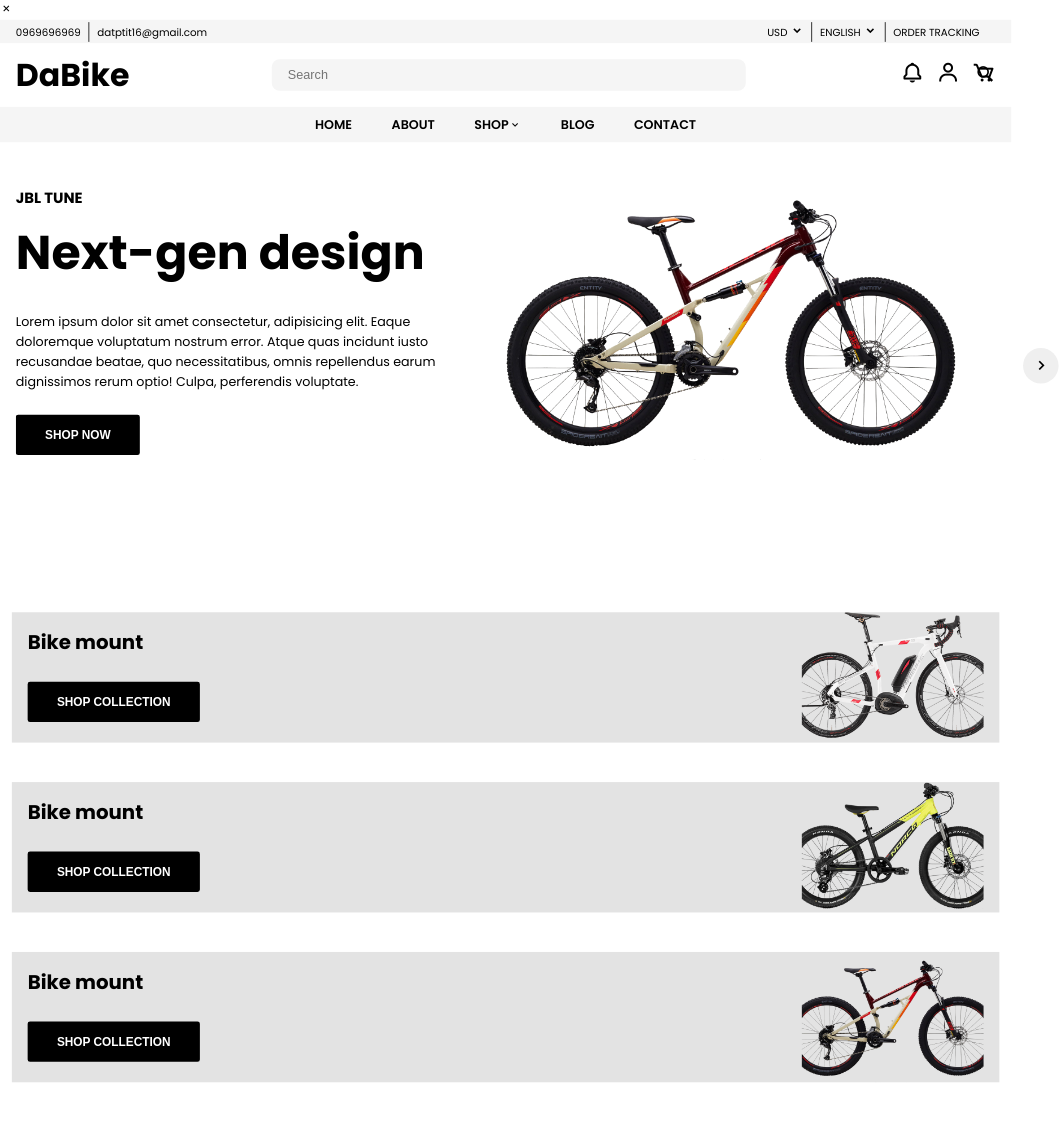
Repository: Datt21/DacMaxx
Page: index.html
An editor plug-in stored every save of this project. The page is shown before and after the next save, followed by the edit.
The browser window is 1280 px wide. The page is 1340 px wide, so the pictures cover 1340 px, including what lies to the right of the window. The pictures show the whole page, at 79% of full size.

Above is the page before, as saved 2021-07-07 13:39:54.

After the next save:
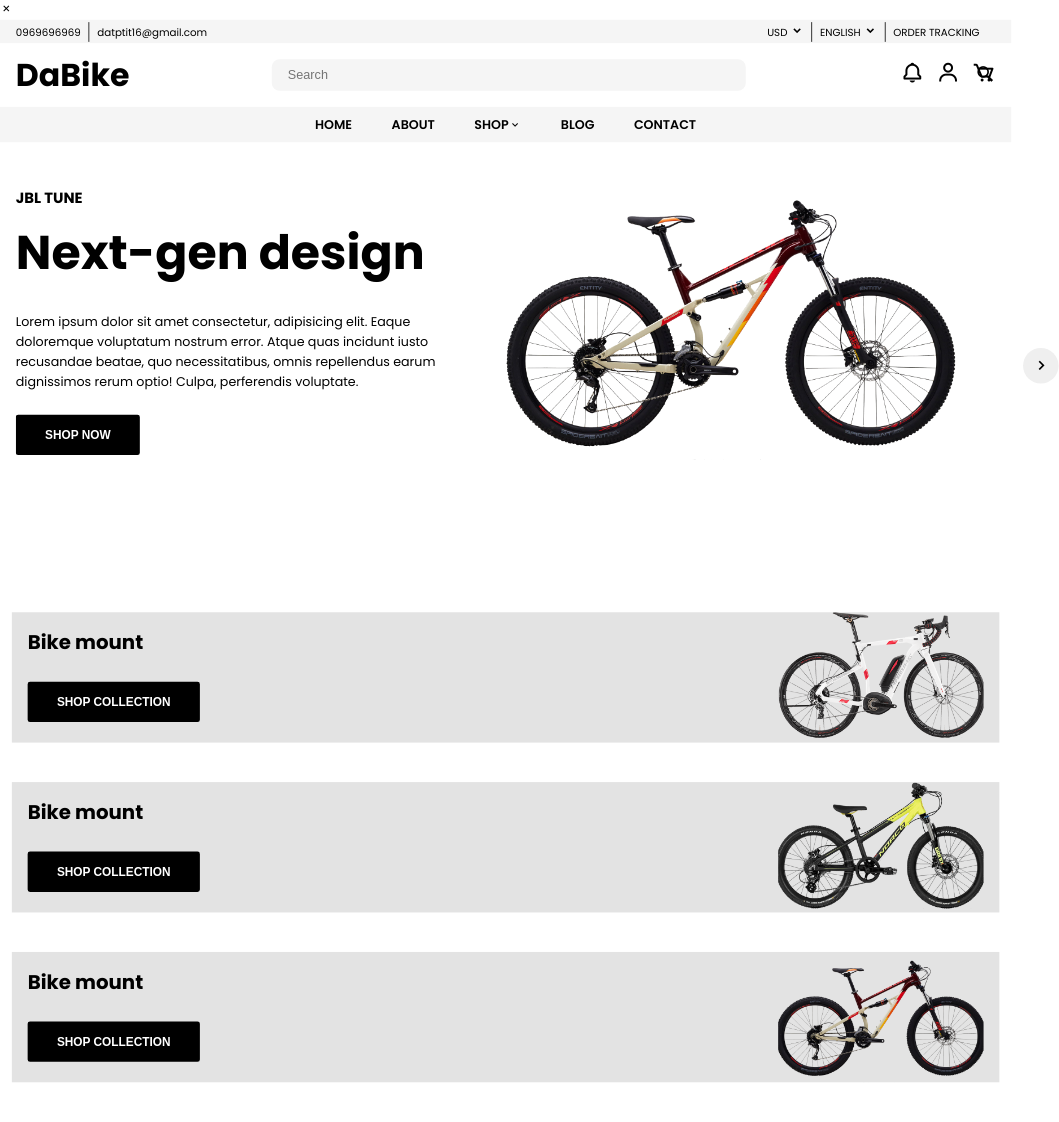
Saved 17 s later.
--- a/css/app.css
+++ b/css/app.css
@@ -463,7 +463,7 @@ ul.devided > li:last-child{
 }
 
 .promotiom-box img{
-    width: 250px;
+    width: 280px;
     padding-right: 20px;
     transition: transform 0.3s ease-in-out;
     object-fit: cover;
